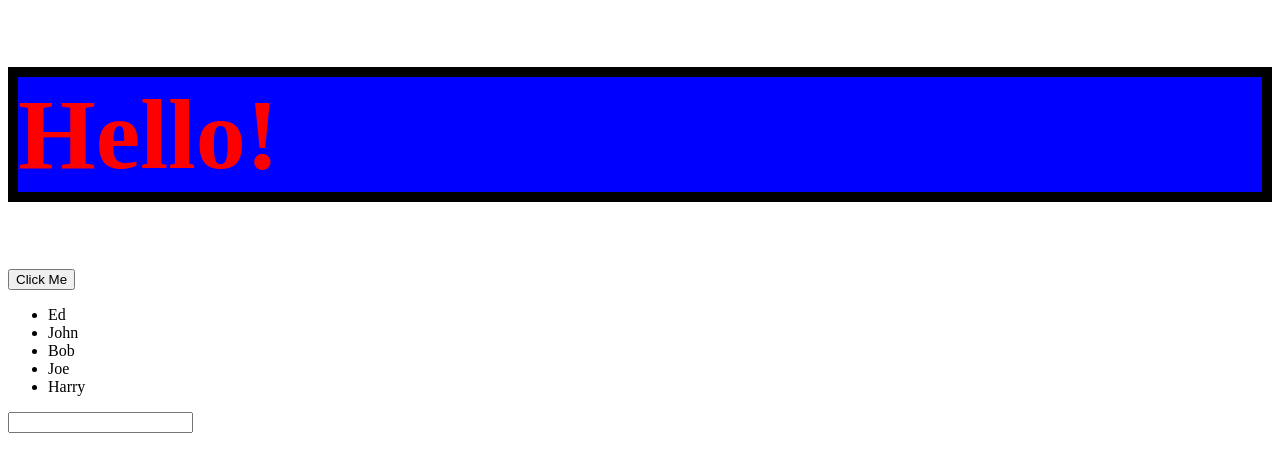
Repository: jnguyen113/DOM-Manipulation
Page: index.html
An editor plug-in stored every save of this project. The page is shown before and after the next save, followed by the edit.
The browser window is 1280 px wide. The pictures show the whole page.

Above is the page before, as saved 2020-06-12 11:10:57.

### index.html
<!DOCTYPE html>
<html>
<link rel="stylesheet" href="style.css">
<body>
    <h1 class="title">Hello!</h1>
    <button class = "changeColor">Click Me</button>

    <ul class="name-list">
        <li>Ed</li>
        <li>John</li>
        <li>Bob</li>
        <li>Joe</li>
        <li>Harry</li>

    </ul>
    <input class="list-input" type="text" />
</body>
<script src="main.js"></script>

</html>

### style.css
.change{
    color: lightblue;
    font-size: 100px;
    border: 10px solid black;

}

### main.js
const text = document.querySelector('.title');
const changeColor = document.querySelector('.changeColor');
// changeColor.addEventListener('click', function(){
//     text.classList.toggle("change");
// })
const listInput = document.querySelector('.list-input');
const userList = document.querySelectorAll('.name-list li');
    console.log(userList);
for(user of userList){
    user.addEventListener('click',function(){
        this.style.color = 'red';
    });
}

console.log(listInput.value);
text.style.color = 'red';
text.style.backgroundColor = 'blue';
text.classList.add("change");

After the next save:
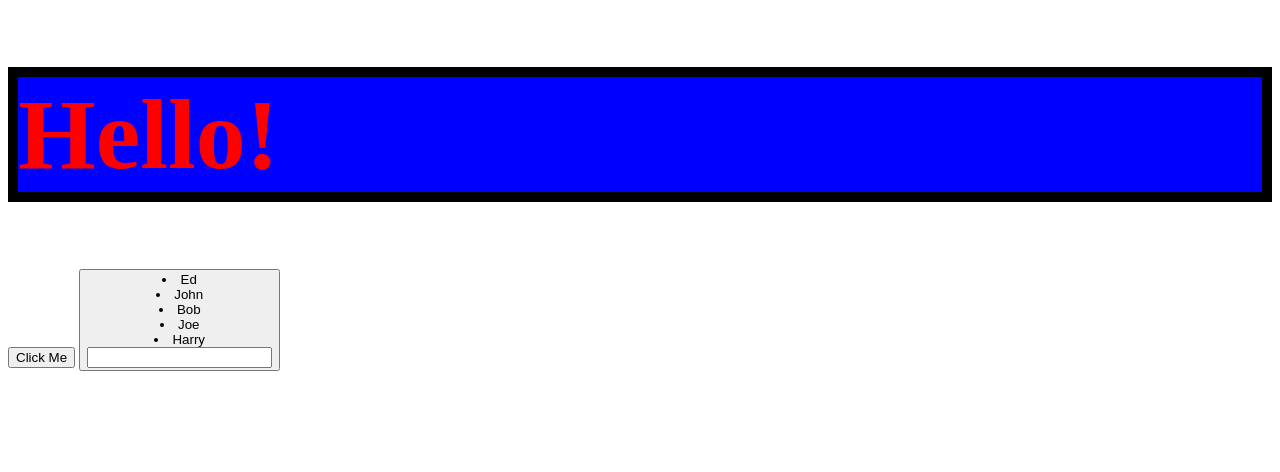
Saved 15 s later.
--- a/index.html
+++ b/index.html
@@ -4,7 +4,7 @@
 <body>
     <h1 class="title">Hello!</h1>
     <button class = "changeColor">Click Me</button>
-
+    <button class
     <ul class="name-list">
         <li>Ed</li>
         <li>John</li>

After the 2 saves that followed:
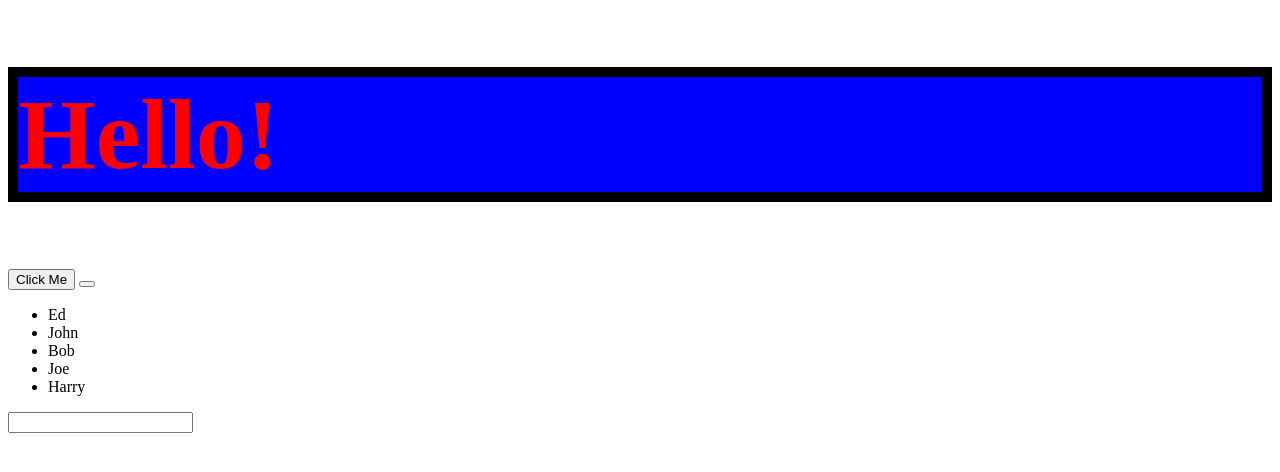
The 2 saves are shown as one change because they came seconds apart.
The last was saved 6 s later.
--- a/index.html
+++ b/index.html
@@ -4,7 +4,7 @@
 <body>
     <h1 class="title">Hello!</h1>
     <button class = "changeColor">Click Me</button>
-    <button class
+    <button class="addListButton"></button>
     <ul class="name-list">
         <li>Ed</li>
         <li>John</li>
